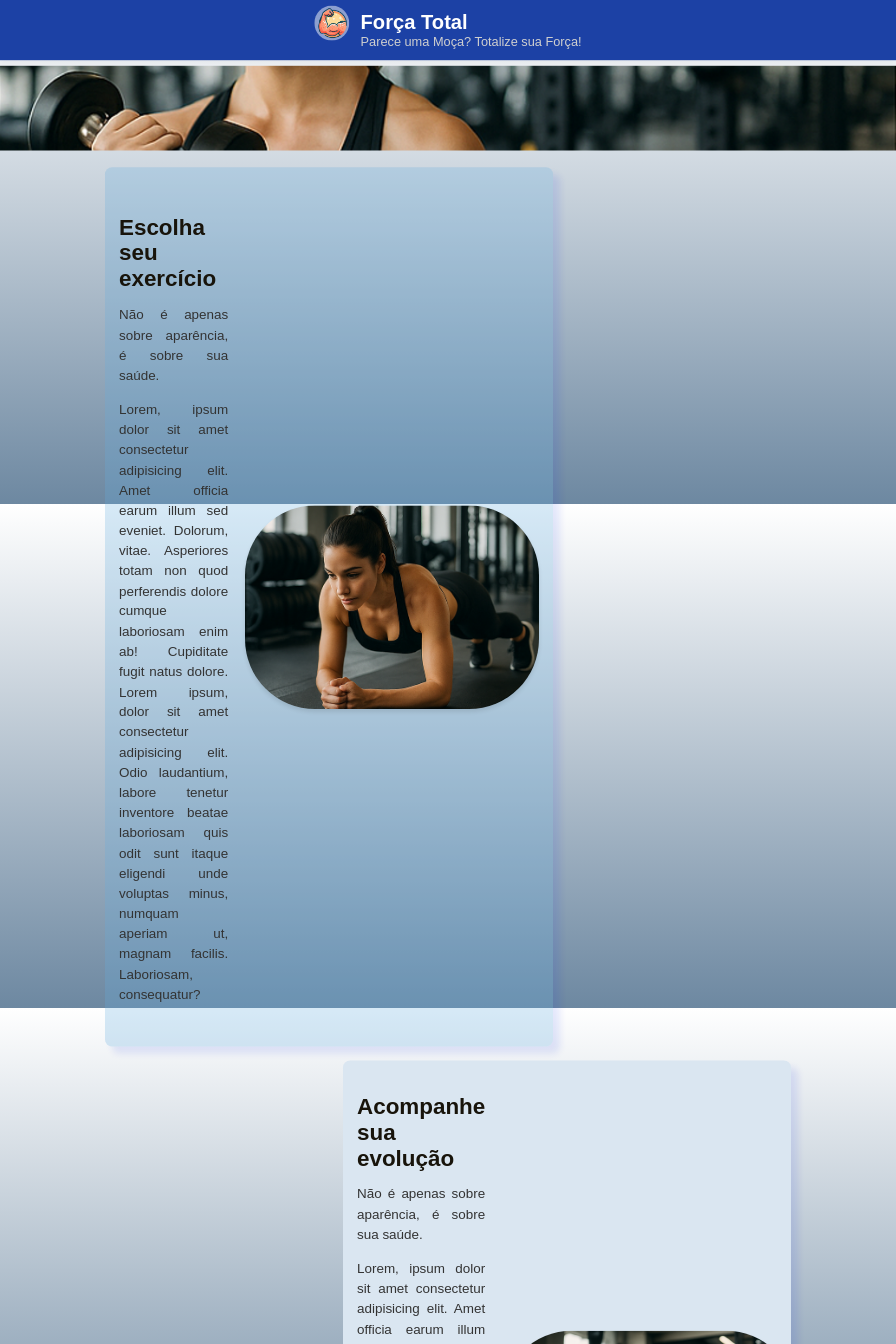
Repository: LuidyOn/Site_Forca_Total
Page: ForçaTotal/index.html
The author's editor kept a copy of each file at every save. The page is drawn from the files as they stood at one save, then again after the next save.
The browser window is 1280 px wide. The pictures show the part of the page from y = 0 to 1920 px (the page is 3984 px tall), at 70% of full size.
Backgrounds fixed to the window are drawn as part of the page.

Above is the page before, as saved 2025-05-19 14:16:51.
Not found: ForçaTotal/js/script.js

### ForçaTotal/index.html
<!DOCTYPE html>
<html lang="pt-br">

<head>
    <meta charset="UTF-8">
    <meta name="viewport" content="width=device-width, initial-scale=1.0">
    <title>Força Total</title>
    <link rel="stylesheet" href="css/style.css">
    <link rel="shortcut icon" href="img/icons/logo.ico" type="image/x-icon">
</head>

<body>
    <header style="display: flex; align-items: center; justify-content: center; gap: 16px; padding: 8px 0; position: fixed; top: 0; left: 0; width: 100%; background: #1c41a5; z-index: 1000; box-shadow: 0 2px 8px rgba(0,0,0,0.05);">
        <img src="img/logo.jpg" alt="Imagem logo" style="height: 50px; width: auto;">
        <div style="text-align: left;">
            <h1 style="margin: 0; font-size: 1.5em;">Força Total</h1>
            <p style="margin: 0; color: rgb(207, 207, 207); font-size: 0.95em;">Parece uma Moça? Totalize sua Força!</p>
        </div>
    </header>
    <div style="height: 74px;"></div>

<img src="img/bannerpeso.png" alt="mulher com peso" style="width: 100%; height: auto; margin-top: 20px;">

    <section class="variacao" style="text-align: justify; margin-left: 150px; display: flex; align-items: center; justify-content: space-between;">
        <div style="flex: 1;">
            <h2>Escolha seu exercício</h2>
            <p>Não é apenas sobre aparência, é sobre sua saúde.</p>
            <p>Lorem, ipsum dolor sit amet consectetur adipisicing elit. Amet officia earum illum sed eveniet. Dolorum, vitae. Asperiores totam non quod perferendis dolore cumque laboriosam enim ab! Cupiditate fugit natus dolore. Lorem ipsum, dolor sit amet consectetur adipisicing elit. Odio laudantium, labore tenetur inventore beatae laboriosam quis odit sunt itaque eligendi unde voluptas minus, numquam aperiam ut, magnam facilis. Laboriosam, consequatur?</p>
        </div>
        <img src="img/prancha.png" alt="Exercício" style="width: 420px; height: auto; border-radius: 100px; margin-left: 24px;">
    </section>
    <section style="background-color: #dae6f1; padding: 20px; text-align: justify; margin-right: 150px; display: flex; align-items: center; justify-content: space-between;">
        <div style="flex: 1;">
            <h2>Acompanhe sua evolução</h2>
            <p>Não é apenas sobre aparência, é sobre sua saúde.</p>
            <p>Lorem, ipsum dolor sit amet consectetur adipisicing elit. Amet officia earum illum sed eveniet. Dolorum, vitae. Asperiores totam non quod perferendis dolore cumque laboriosam enim ab! Cupiditate fugit natus dolore. Lorem ipsum, dolor sit amet consectetur adipisicing elit. Odio laudantium, labore tenetur inventore beatae laboriosam quis odit sunt itaque eligendi unde voluptas minus, numquam aperiam ut, magnam facilis. Laboriosam, consequatur?</p>
        </div>
        <img src="img/agachamento.png" alt="Exercício" style="width: 420px; height: auto; border-radius: 100px; margin-left: 24px;">
    </section>

    <section class="variacao" style=" padding: 20px; text-align: justify; margin-left: 150px; display: flex; align-items: center; justify-content: space-between;">
        <div style="flex: 1;">
            <h2>Melhore sua saúde</h2>
            <p>Não é a penas sobre aparência, é sobre sua saúde.</p>
            <p>Lorem, ipsum dolor sit amet consectetur adipisicing elit. Amet officia earum illum sed eveniet. Dolorum, vitae. Asperiores totam non quod perferendis dolore cumque laboriosam enim ab! Cupiditate fugit natus dolore. Lorem ipsum, dolor sit amet consectetur adipisicing elit. Odio laudantium, labore tenetur inventore beatae laboriosam quis odit sunt itaque eligendi unde voluptas minus, numquam aperiam ut, magnam facilis. Laboriosam, consequatur?</p>
        </div>
        <img src="img/peso.png" alt="Exercício" style="width: 420px; height: auto; border-radius: 100px; margin-left: 24px;">
    </section>

    <section style=" background-color: #1c41a5; padding: 10px; text-align: justify; height: 150px; padding: 1px 20px;  border-radius: 1000px;">
  <h3 style="text-align: left;">
    <span>
    <a href="index.html"><button id="botao">Voltar ao topo</button></a>
    </span>
    <span style="float: right;">
      <a href="paginas/sobrenos.html"><button>Sobre nós</button></a>
      <a href="paginas/sobrecss.html"><button>Sobre CSS</button></a>
      <a href="paginas/sobreHTML.html"><button>Sobre HTML</button></a>
    </span>
  </h3>

  </section>

    <script src="js/script.js"></script>
</body>
</html>

### ForçaTotal/css/style.css
/* Resetando algumas margens e paddings padrão */
@charset "UTF-8";

* {
  margin: 100;
  padding: 0;
  box-sizing: border-box;

}

body {
  font-family: 'Arial', sans-serif;
  text-align: left;
  background-image: linear-gradient(to bottom, #ffffff, #6d88a1);
  background-attachment: fixed;
  margin: 0;
  padding: 0;
  color: #333;
  width: 100vw;
  min-height: 100vh;
}

header {
  display: flex;
  align-items: center;
  justify-content: center;
  gap: 16px;
  position: fixed;
  top: -20px;
  left: 0;
  width: 100%;
  background: #10315e;
  z-index: 1000;
  box-shadow: 0 2px 8px rgba(0,0,0,0.05);
  background-color: #0a2a83;
  color: white;
  text-align: center;
  padding: 20px;
  font-size: 1.2rem;
}

header img {
  width: 150px;
  margin-bottom: 20px;
  border-radius: 50%;
}

h1 {
  font-size: 2.5rem;
  margin-bottom: 10px;
  font-weight: bold;
}

h2 {
  font-size: 2rem;
  margin-bottom: 10px;
  font-weight: bold;
}

h3 {
  font-size: 1.8rem;
  margin-bottom: 10px;
  font-weight: 300;
  text-align: center;
}

h4 {
  font-size: 1.5rem;
  margin-bottom: 10px;
  font-weight: 300;
  margin-left: 10px;
}

h5 {
  font-size: 1.3rem;
  margin-bottom: 10px;
  font-weight: 300;
  margin-left: 20px;
}

ul {
  padding: 0;
  margin-left: 100px;
}
ol {
  list-style-type: decimal;
  margin: 0;
}

p {
  font-size: 1.2rem;
  font-weight: 300;
}

section {
  padding: 40px 20px;
  background-color: #dae6f1;
  margin: 20px 0;
  border-radius: 10px;
  box-shadow: 10px 10px 10px rgba(0, 42, 228, 0.1);
  width: 50%;
  margin-left: auto;
  margin-right: auto;
  display: block;
  align-items: center;
  justify-content: space-between;
}

.variacao {
  background-color: rgba(99, 173, 219, 0.262);

}

section h2 {
  font-size: 2rem;
  margin-bottom: 10px;
  color: rgb(24, 20, 11);
}

section p {
  font-size: 1.2rem;
  line-height: 1.5;
  margin-bottom: 20px;
}

section img {
  width: 25%;
  max-width: 600px;
  border-radius: 10px;
  box-shadow: 0px 4px 6px rgba(0, 0, 0, 0.1);
  margin-left: px;
}

button {
  padding: 12px 30px;
  font-size: 1.2rem;
  background-color: #000000;
  color: white;
  border: none;
  border-radius: 10px;
  cursor: pointer;
  transition: background-color 0.3s ease, transform 0.2s ease;
  margin-top: 20px;
  margin-left: 10px;
  margin-right: 10px;
  box-shadow: 10px 5px 1px rgba(0, 0, 0, 0.1);

}

button:hover {
  background-color: #325f90;
  transform: translateY(-2px);
}

button:active {
  transform: translateY(0);
}

footer {
  background-color: #222;
  color: white;
  padding: 20px;
  font-size: 1rem;
  text-align: center;
  margin-top: 40px;
  left: 0;
  bottom: 0;
  width: 100vw;
  z-index: 100;
}

footer p {
  font-weight: 300;
  margin-left: -1000px;

}

@media screen and (max-width: 768px) {
  header h1 {
      font-size: 2rem;
  }

  section h2 {
      font-size: 1.8rem;
  }

  button {
      padding: 10px 25px;
  }
}

After the next save:
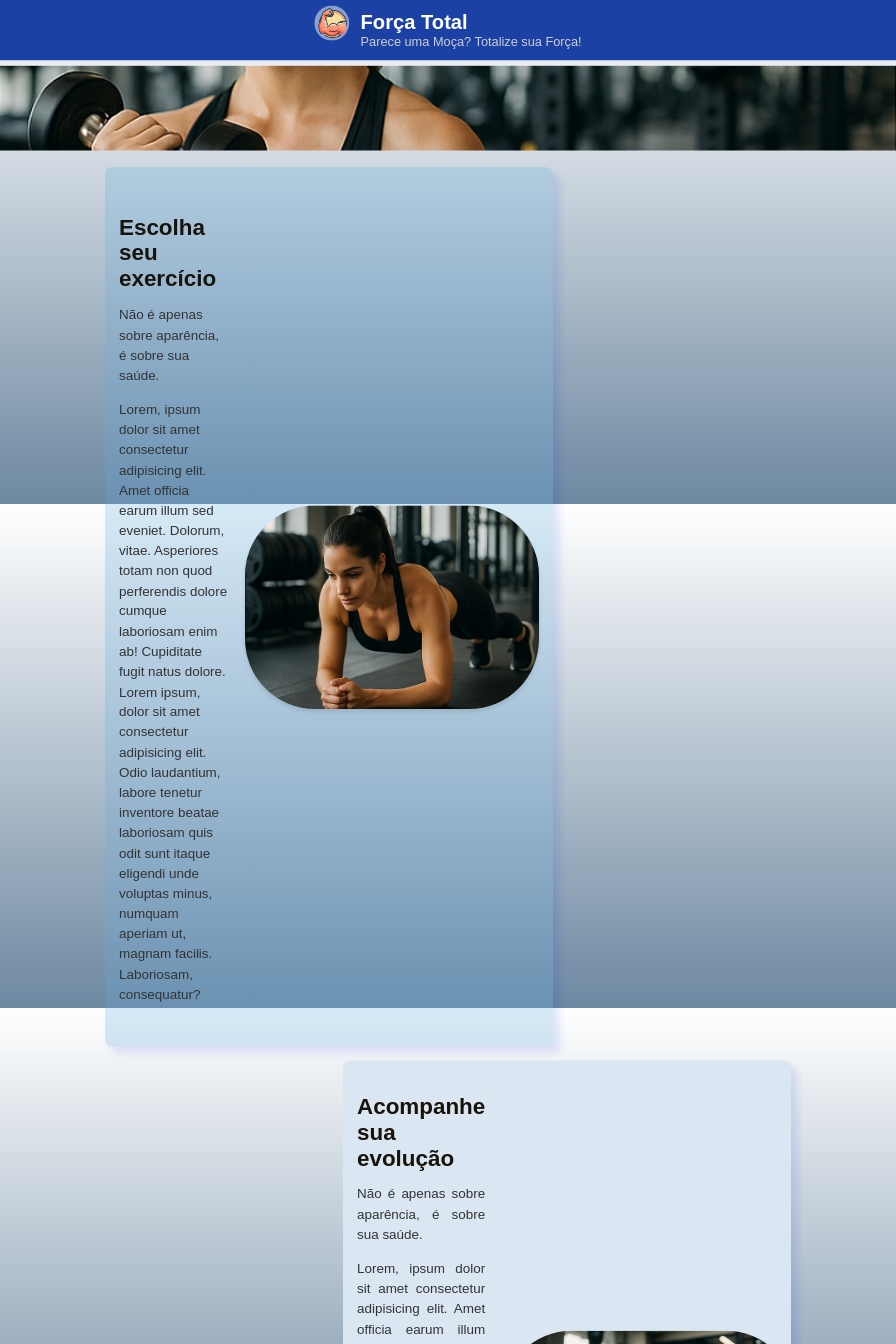
Saved 6 s later.
--- a/ForçaTotal/index.html
+++ b/ForçaTotal/index.html
@@ -21,7 +21,7 @@
 
 <img src="img/bannerpeso.png" alt="mulher com peso" style="width: 100%; height: auto; margin-top: 20px;">
 
-    <section class="variacao" style="text-align: justify; margin-left: 150px; display: flex; align-items: center; justify-content: space-between;">
+    <section class="variacao" style=" margin-left: 150px; display: flex; align-items: center; justify-content: space-between;">
         <div style="flex: 1;">
             <h2>Escolha seu exercício</h2>
             <p>Não é apenas sobre aparência, é sobre sua saúde.</p>
